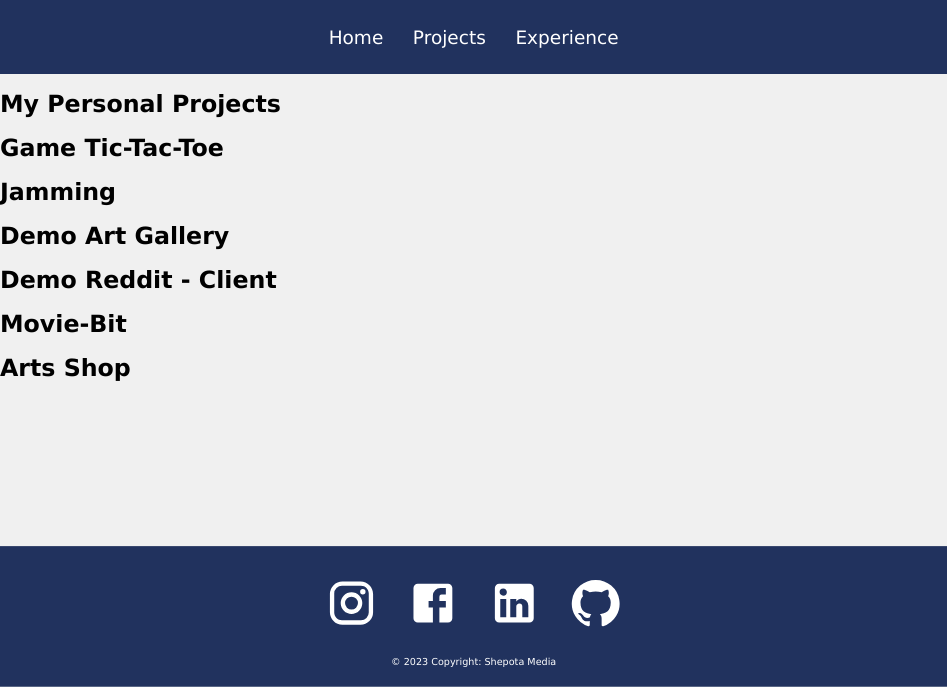
Repository: LolaSL/react-portfolio
Page: /projects
An editor plug-in stored every save of this project. The page is shown before and after a run of saves, followed by the edit.
The browser window is 1280 px wide. The pictures show the whole page, at 74% of full size.
The project was rebuilt for these pictures with package versions that can differ from the ones it lists, and the page was loaded fresh each time. Also part of the build but not shown: src/pages/Home/Style.css, src/pages/Home/Home.jsx, src/pages/Experience/Experience.jsx.

Above is the page before, as saved 2023-06-28 21:04:46.

After the next 5 saves:
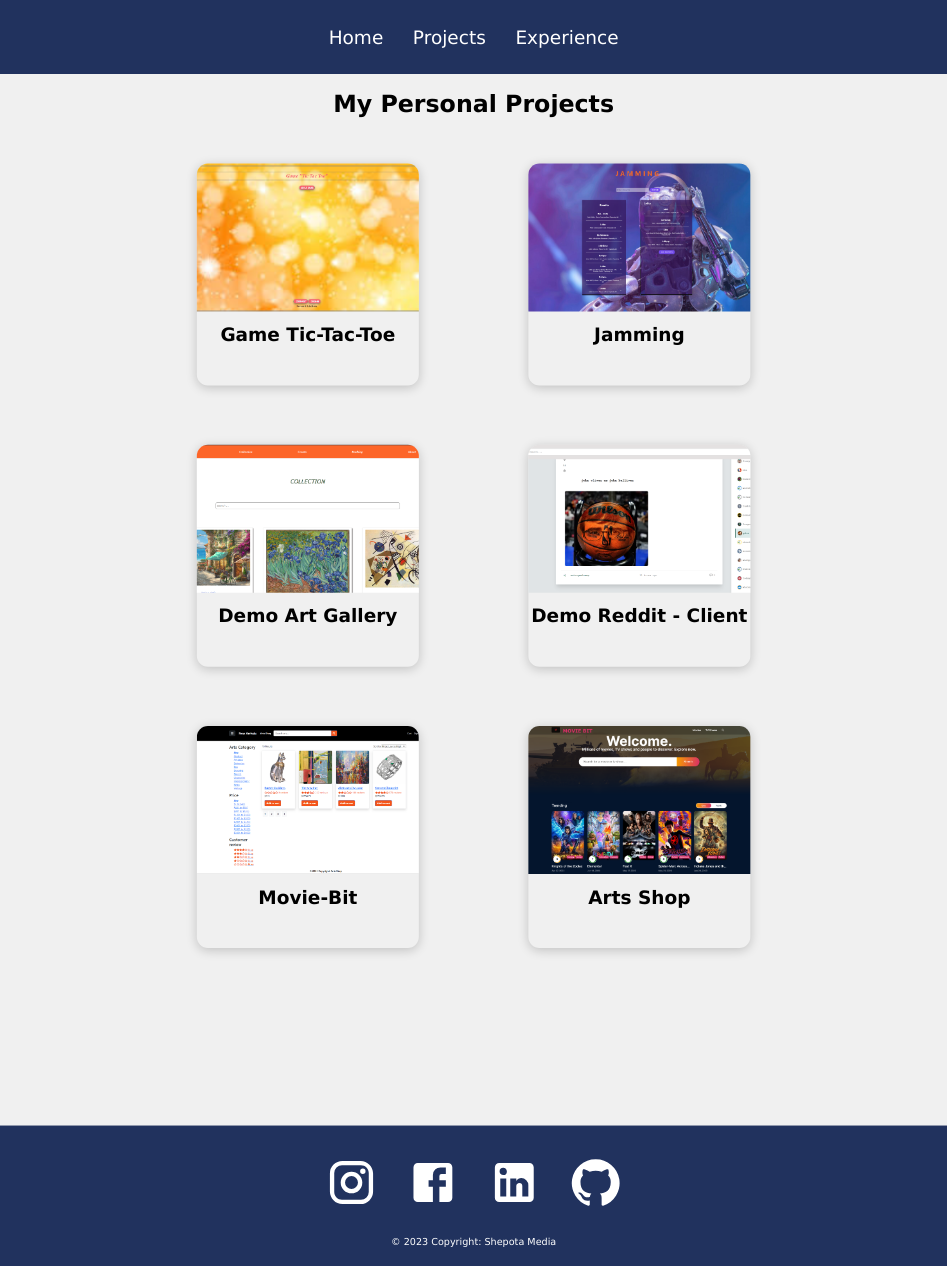
The 5 saves are shown as one change because 1 did not build or start and some came seconds apart.
The last was saved 65 s later.
--- a/src/pages/Projects/Projects.jsx
+++ b/src/pages/Projects/Projects.jsx
@@ -1,7 +1,7 @@
 import React from "react";
 import ProjectItem from "../../components/ProjectItem/ProjectItem.jsx";
 import { ProjectList } from "../../helpers/ProjectList.js";
-
+import "./Style.css";
 
 
 function Projects() {
